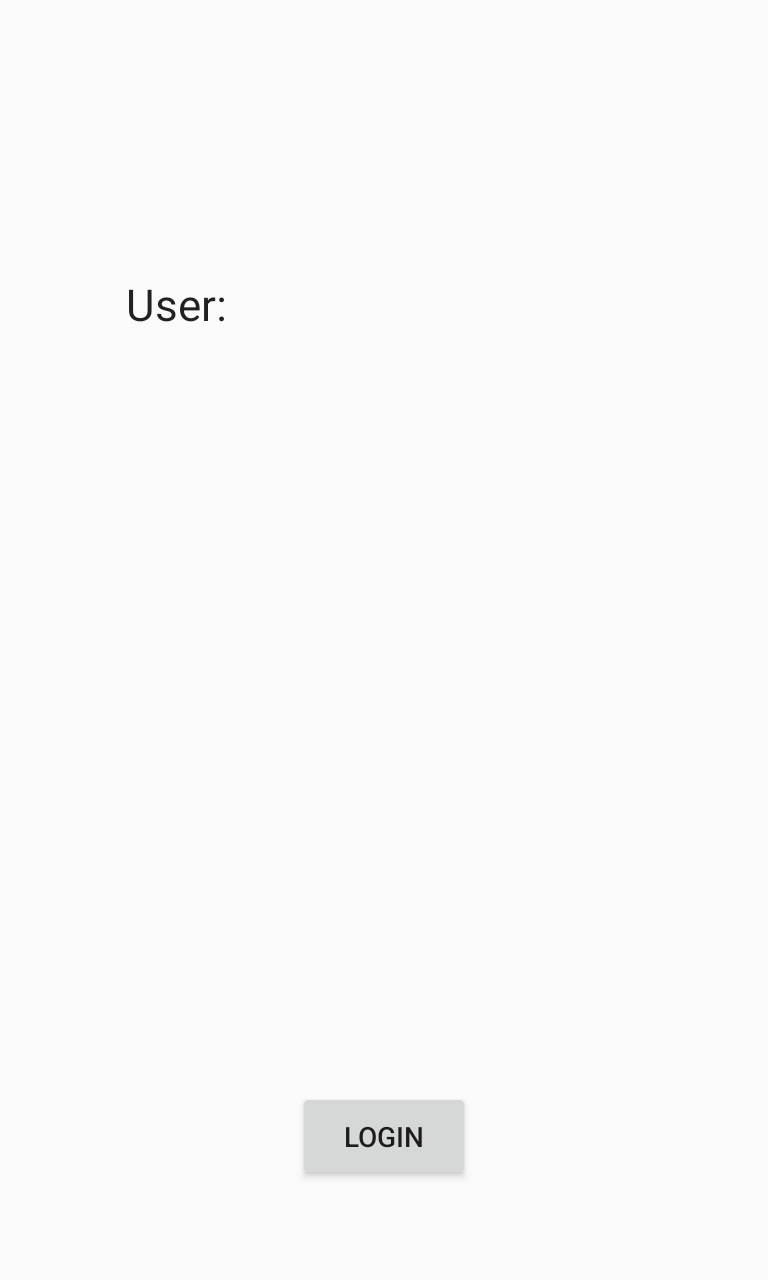
Repository: Y-GO/YGO_Parking_Project_Client
Layout: Ygo_Parking_Project/res/layout/activity_login.xml
The author's editor kept a copy of each file at every save. The layout is drawn from the files as they stood at one save, then again after the next save.
It is drawn on a 768 x 1280 px phone screen (xhdpi) without system bars, with theme AppTheme; the app's code is not run.

Above is the layout before, as saved 2014-07-27 15:19:28.

After the next save:
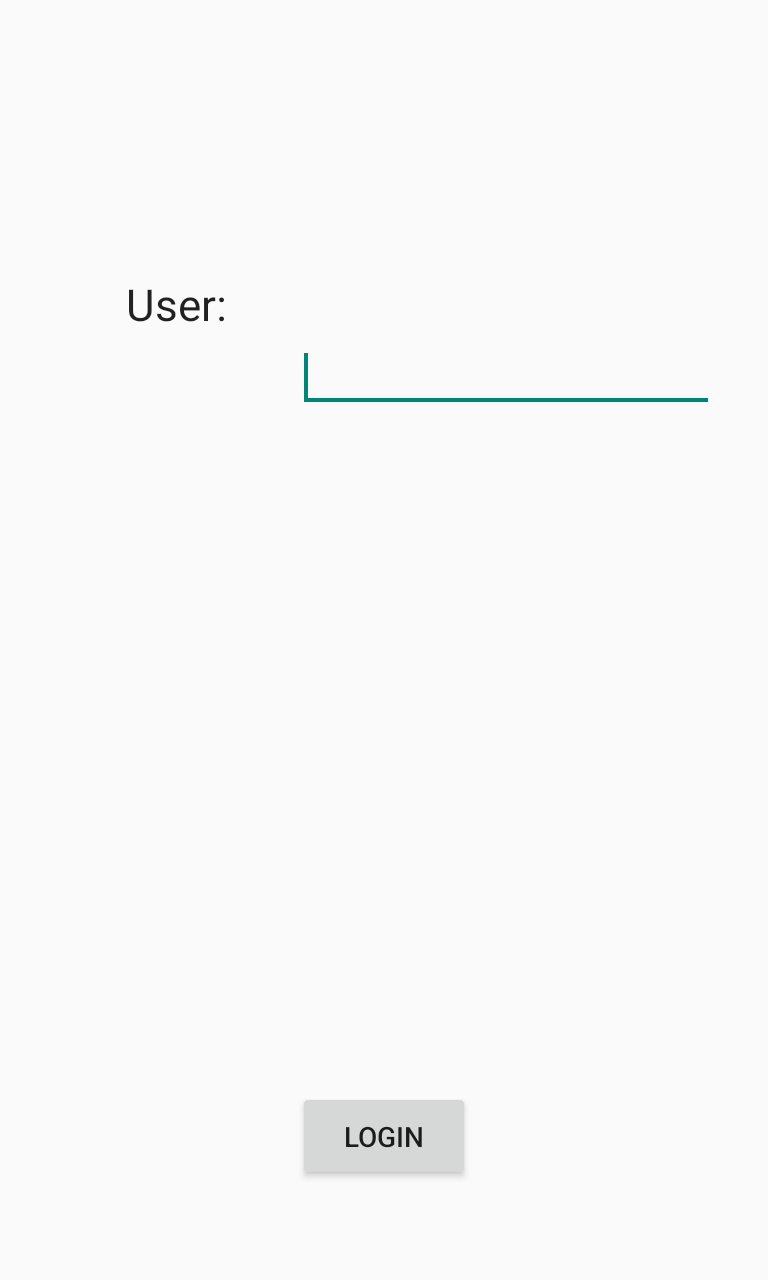
Saved 53 s later.
--- a/Ygo_Parking_Project/res/layout/activity_login.xml
+++ b/Ygo_Parking_Project/res/layout/activity_login.xml
@@ -28,4 +28,15 @@
         android:text="@string/user_"
         android:textAppearance="?android:attr/textAppearanceLarge" />
 
+    <EditText
+        android:id="@+id/editText1"
+        android:layout_width="wrap_content"
+        android:layout_height="wrap_content"
+        android:layout_alignLeft="@+id/button1"
+        android:layout_below="@+id/textView1"
+        android:ems="10" android:inputType="textPersonName">
+
+        <requestFocus />
+    </EditText>
+
 </RelativeLayout>

After the save that followed:
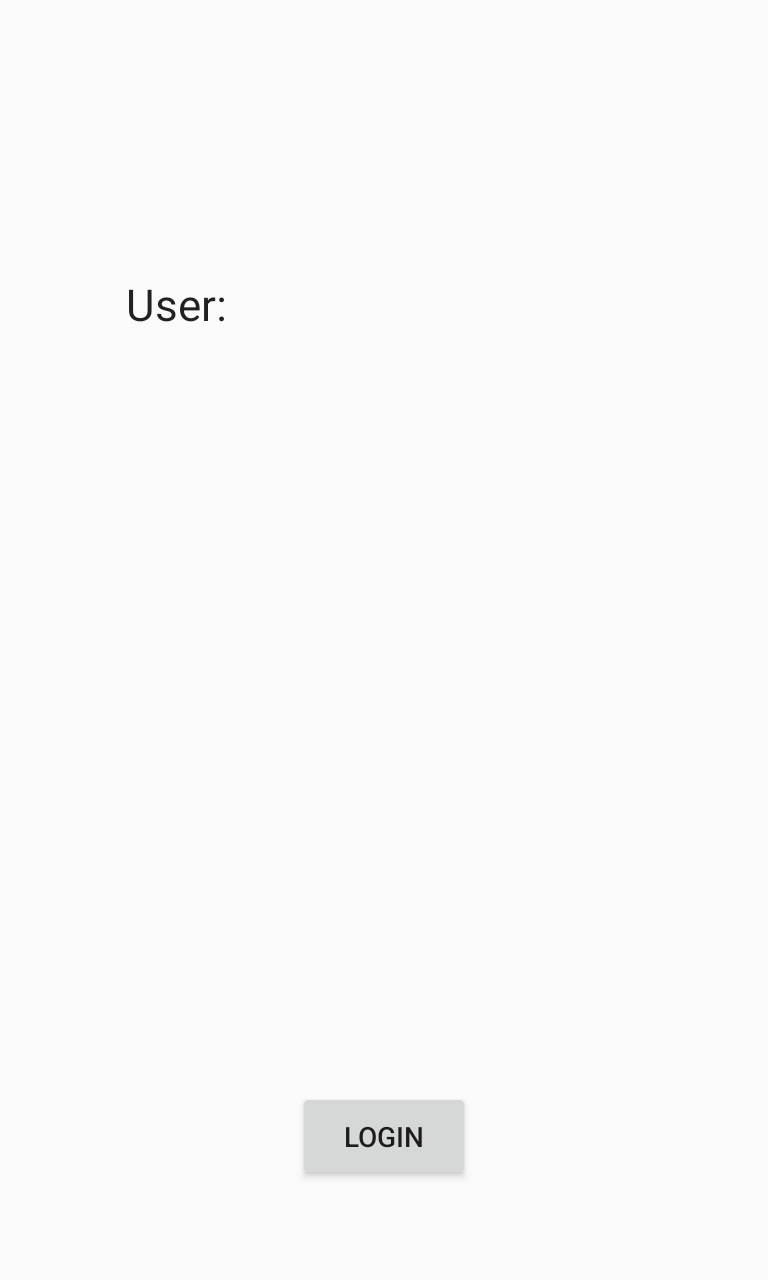
Saved 2 min 11 s later.
--- a/Ygo_Parking_Project/res/layout/activity_login.xml
+++ b/Ygo_Parking_Project/res/layout/activity_login.xml
@@ -28,15 +28,4 @@
         android:text="@string/user_"
         android:textAppearance="?android:attr/textAppearanceLarge" />
 
-    <EditText
-        android:id="@+id/editText1"
-        android:layout_width="wrap_content"
-        android:layout_height="wrap_content"
-        android:layout_alignLeft="@+id/button1"
-        android:layout_below="@+id/textView1"
-        android:ems="10" android:inputType="textPersonName">
-
-        <requestFocus />
-    </EditText>
-
 </RelativeLayout>
